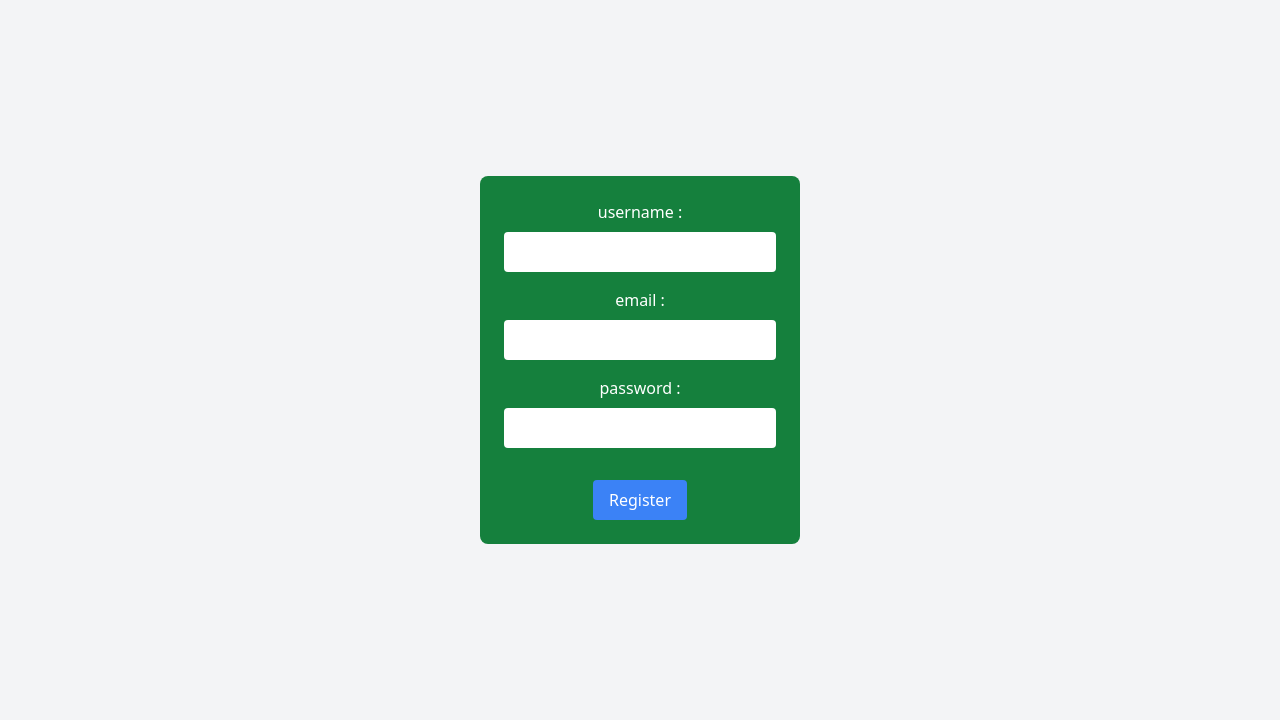
Repository: Emy-gold/alx-fe-reactjs
Page: / (app in form-handling-react/)
An editor plug-in stored every save of this project. The page is shown before and after the next save, followed by the edit.
The browser window is 1280 px wide. The pictures show the whole page.
The project was rebuilt for these pictures with package versions that can differ from the ones it lists, and the page was loaded fresh each time. Also part of the build but not shown: form-handling-react/vite.config.js.

Above is the page before, as saved 2025-08-22 21:09:19.

After the next save:
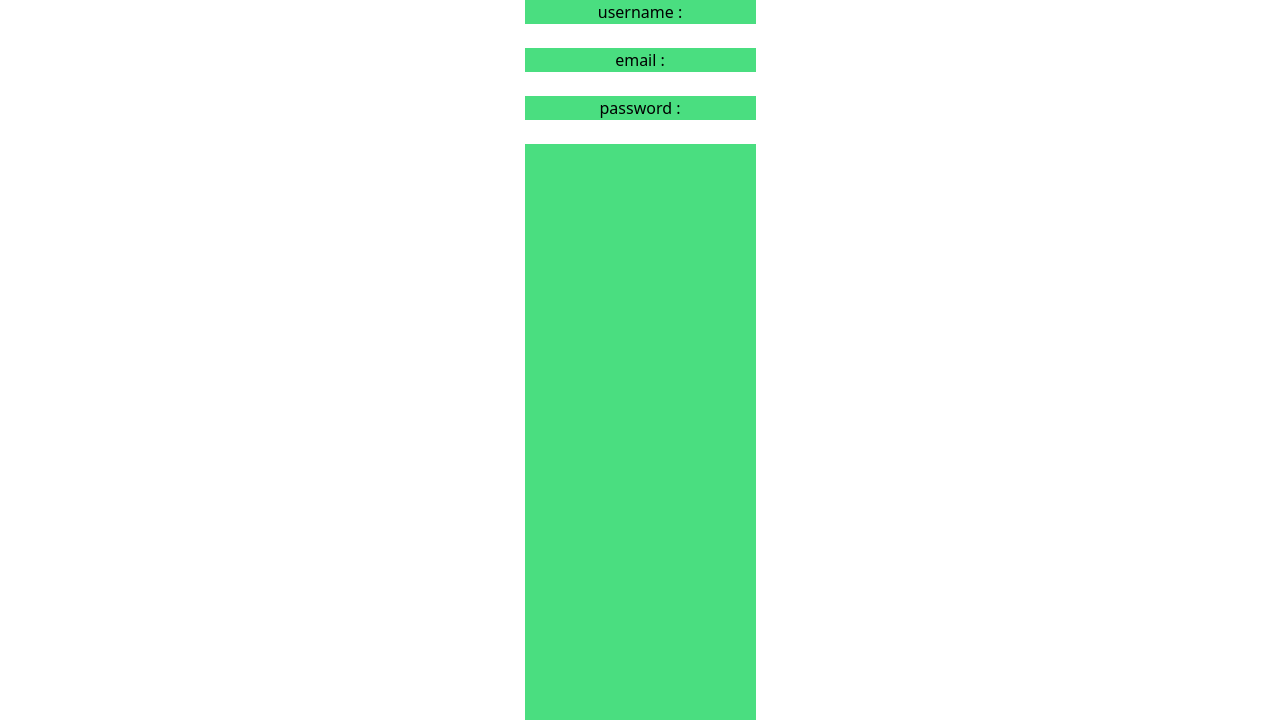
Saved 22 s later.
--- a/form-handling-react/src/components/RegistrationForm.jsx
+++ b/form-handling-react/src/components/RegistrationForm.jsx
@@ -16,38 +16,32 @@ function RegistrationForm() {
     }
 
     return (
-        <div className='w-full mx-auto h-screen flex items-center justify-center bg-gray-100'>
-            <form onSubmit={handleSubmit} className='flex flex-col items-center bg-green-700 p-6 rounded-lg w-80'>
-                <label className='text-white mb-2'>username :</label>
+        <div className='flex justify-center w-full mx-auto h-screen'>
+            <form onSubmit={handleSubmit} className='flex flex-col items-center bg-green-400'>
+                <label>username :</label>
                 <input
                     type="text"
                     name="username"
-                    value={formData.username}
+                    value={formData.name}
                     onChange={handleChange}
-                    className='mb-4 p-2 w-full rounded'
                 />
-                <label className='text-white mb-2'>email :</label>
+                <label>email :</label>
                 <input
                     type="email"
                     name="email"
                     value={formData.email}
                     onChange={handleChange}
-                    className='mb-4 p-2 w-full rounded'
                 />
-                <label className='text-white mb-2'>password :</label>
+                <label>password :</label>
                 <input
                     type="password"
                     name="password"
                     value={formData.password}
                     onChange={handleChange}
-                    className='mb-4 p-2 w-full rounded'
                 />
-                <button type="submit" className='bg-blue-500 text-white px-4 py-2 rounded mt-4'>
-                    Register
-                </button>
             </form>
         </div>
     )
 }
 
-export default RegistrationForm;
+export default RegistrationForm
